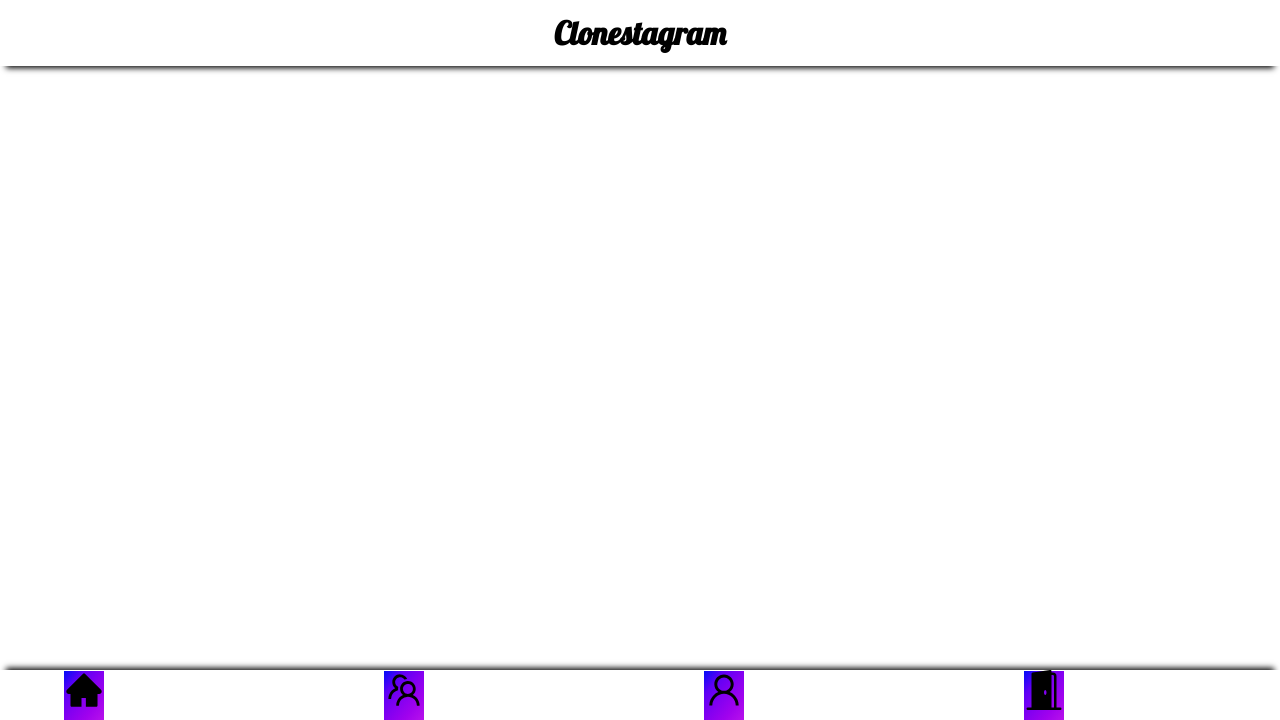
Repository: MikeMoore55/clonestagram
Page: /home
The author's editor kept a copy of each file at every save. The page is drawn from the files as they stood at one save, then again after the next save.
The browser window is 1280 px wide. The pictures show the whole page.
The project was rebuilt for these pictures with package versions that can differ from the ones it lists, and the page was loaded fresh each time. The framework's server and built-in components were replaced by stand-ins that run in the browser. Also part of the build but not shown: next.config.js.

Above is the page before, as saved 2022-11-21 08:54:14.

### pages/_app.jsx
import Layout from '../components/Layout/Layout';
import '../styles/globals.css';

export default function MyApp({ Component, pageProps }) {
  return (
    <Layout>
      <Component {...pageProps} />
    </Layout>
  );
};

### pages/home.jsx
import React from 'react';
import { parseCookies } from '../helpers/cookie';
import Link from 'next/link';
import BottomNav from '../components/Layout/BottomNav';

export default function Home({ data }) {

    const userId = [data];
    console.log(userId);

    return (
        <div>
            <BottomNav userId={userId}/>
        </div>
    );
};


// get cookies to get userId
export async function getServerSideProps({ req, res }) {
    const data = parseCookies(req);

    if (res) {
        if (Object.keys(data).length === 0 && data.constructor === Object) {
            res.writeHead(301, { Location: "/" });
            res.end();
        }
    }

    return {
        props: {
            data: data && data,
        }
    };
};

### components/Layout/Layout.jsx
import React from 'react';
import Header from './Header';

export default function Layout({children}) {
  return (
    <div id='Layout'>
      <Header />
      {children}
    </div>
  );
};

### styles/globals.css
html,
body {
  padding: 0;
  margin: 0;
  font-family: -apple-system, BlinkMacSystemFont, Segoe UI, Roboto, Oxygen,
    Ubuntu, Cantarell, Fira Sans, Droid Sans, Helvetica Neue, sans-serif;
}

a {
  color: inherit;
  text-decoration: none;
}

* {
  box-sizing: border-box;
}

@media (prefers-color-scheme: dark) {
  html {
    color-scheme: dark;
  }

  body {
    color: black;
    background: rgb(234, 233, 233);
  }
}

### helpers/cookie.js
import cookie from "cookie";

export function parseCookies(req) {
    return cookie.parse(req ? req.headers.cookie || "" : document.cookie)
}


/* import cookie from "cookie"

function parseCookies(req){
    return cookie.parse(req ? req.headers.cookie || "" : document.cookie);
}
 */

### components/Layout/BottomNav.jsx
import React from 'react';
import Link from 'next/link';
import { AiFillHome } from "react-icons/ai"; // home icon
import { AiOutlineTeam } from "react-icons/ai"; // profiles icon
import { AiOutlineUser } from "react-icons/ai"; // personal profile icon
import { BsFillDoorOpenFill } from "react-icons/bs"; // log put icon
import styles from "../../styles/BottomNav.module.css"


export default function BottomNav({userId}) {
  return (
      <div>
          <nav className={styles.navContainer}>
            <div className={styles.navLink}>
                <Link href={'/home'}>
                    <span className={styles.icon}><AiFillHome/></span>
                </Link>
            </div>
            <div className={styles.navLink}>
                <Link href={'/users/accounts'}>
                    <span className={styles.icon}>
                        <AiOutlineTeam />
                    </span>
                </Link>
            </div>
            <div className={styles.navLink}>
                <Link href={'/account/[id]'} as={`/account/${userId}`}>
                    <span className={styles.icon}>
                        <AiOutlineUser />
                    </span>
                </Link>
            </div>
            <div className={styles.navLink}>
                <Link href={'/logout'}>
                    <span className={styles.icon}>
                        <BsFillDoorOpenFill />
                    </span>
                </Link>
          </div>
        </nav>
    </div>
  )
};

### components/Layout/Header.jsx
import React from 'react';
import styles from '../../styles/Header.module.css';

export default function Header() {
    return (
        <header className={styles.header}>
            <h1>Clonestagram</h1>
        </header>
    );
};

### styles/BottomNav.module.css
.navContainer {
    position: fixed;
    width: 100%;
    bottom: 0%;
    left: 0%;
    right: 0%;
    display: grid;
    grid-template-columns: 25% 25% 25% 25%;
    background-color: white;
    box-shadow: 0px -8px 6px -6px black;
    z-index: 10;
}

.navLink {
    position: relative;
    width: 100%;
}

.navLink:active {
    transform: scale(0.9);
}

.icon {
    position: relative;
    font-size: 250%;
    margin: 10% 20% 10% 20%;

    background-image: linear-gradient(to right bottom, #000bf8, #5e00f5, #8300f1, #a002ee, #b812eb);
}

### styles/Header.module.css
@font-face {
    font-family: 'Lobster';
    src: url(../assets/Lobster/Lobster-Regular.ttf);
}

.header {
    position: fixed;
    top: 0%;
    left: 0%;
    right: 0%;
    width: 100%;
    text-align: center;
    background-color: white;
    box-shadow: 0 8px 6px -6px black;
    z-index: 5;
    margin: 0%;
    padding: 3.5%;
}

.header h1 {
    margin: 0%;
    padding: 0%;
    font-family: 'Lobster', cursive;
    color: black;
    font-weight: 800;
}


@media (min-width: 490px) {
    .header {
        padding: 3%;
    }

    .header h1 {
        font-size: 2.7em;
    }
}

@media (min-width: 1000px) {
    .header {
        padding: 1%;
    }

    .header h1 {
        font-size: 2em;
    }
}

After the next save:
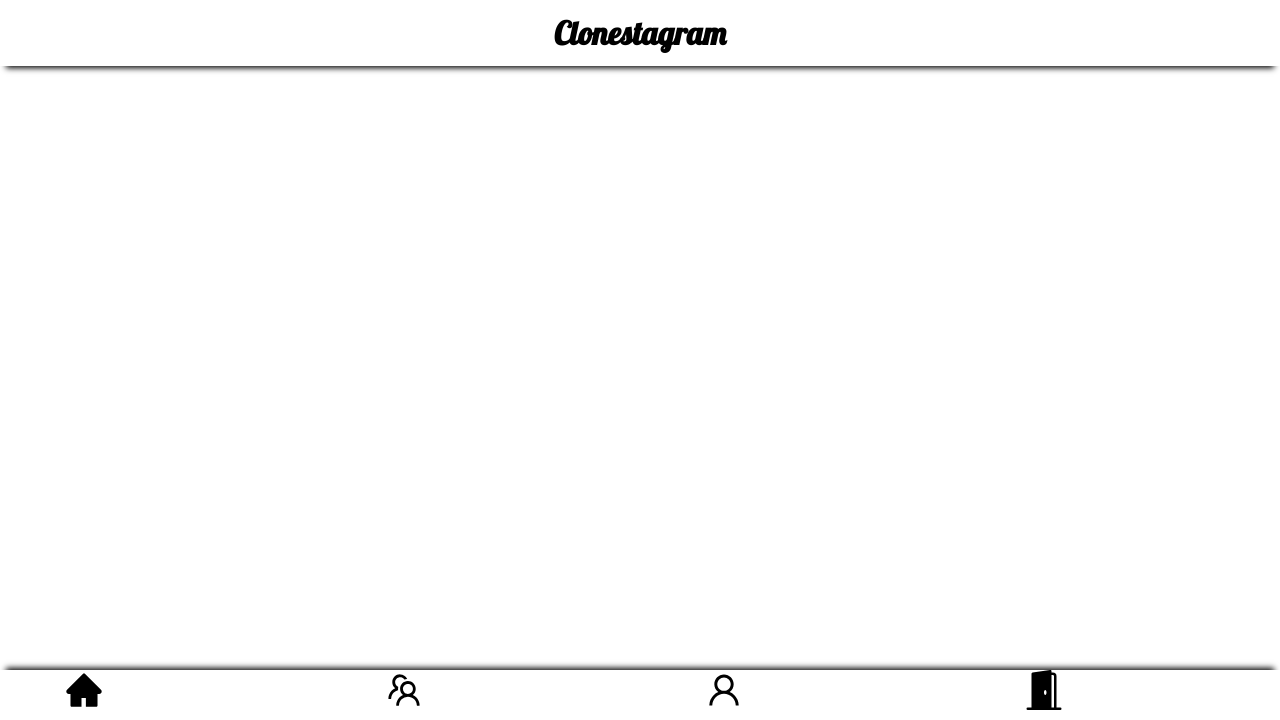
Saved 11 s later.
--- a/styles/BottomNav.module.css
+++ b/styles/BottomNav.module.css
@@ -25,5 +25,5 @@
     font-size: 250%;
     margin: 10% 20% 10% 20%;
 
-    background-image: linear-gradient(to right bottom, #000bf8, #5e00f5, #8300f1, #a002ee, #b812eb);
+    color: linear-gradient(to right bottom, #000bf8, #5e00f5, #8300f1, #a002ee, #b812eb);
 }

After the save that followed:
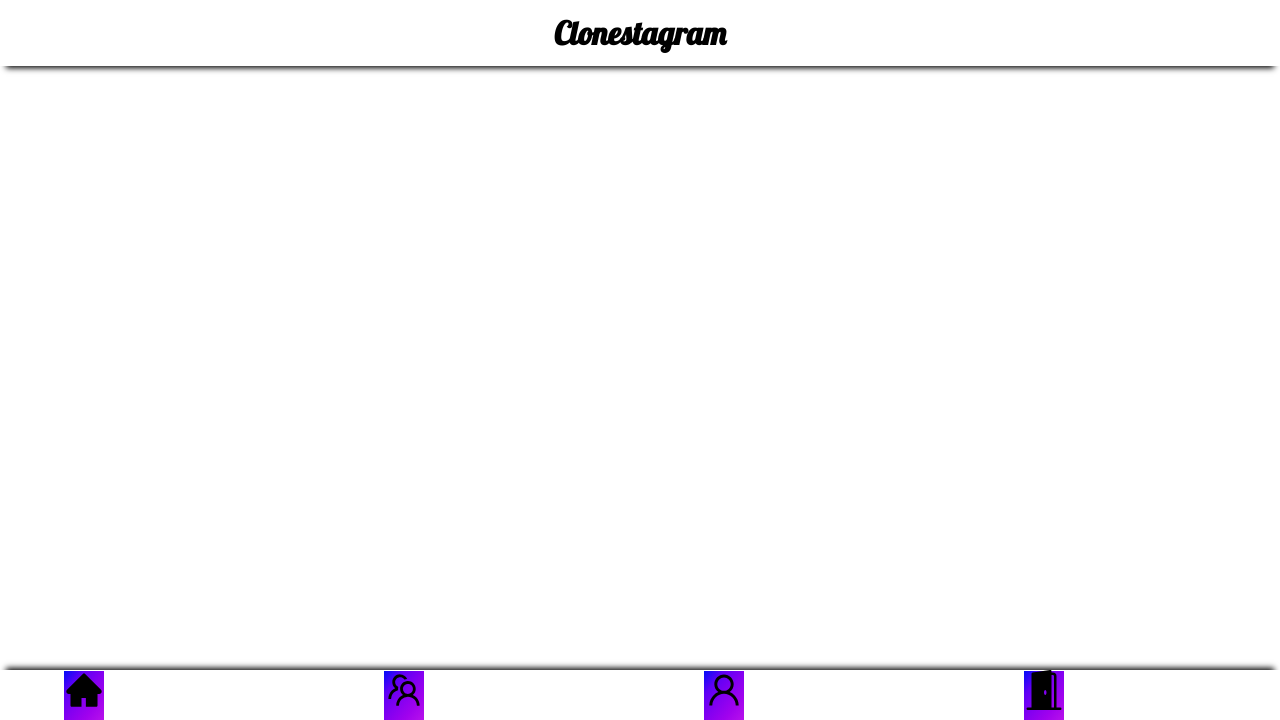
Saved 53 s later.
--- a/styles/BottomNav.module.css
+++ b/styles/BottomNav.module.css
@@ -24,6 +24,8 @@
     position: relative;
     font-size: 250%;
     margin: 10% 20% 10% 20%;
-
-    color: linear-gradient(to right bottom, #000bf8, #5e00f5, #8300f1, #a002ee, #b812eb);
+    background: linear-gradient(to right bottom, #000bf8, #5e00f5, #8300f1, #a002ee, #b812eb);
+    /* background: -webkit-linear-gradient(#eee, #333);
+        -webkit-background-clip: text;
+        -webkit-text-fill-color: transparent; */
 }
